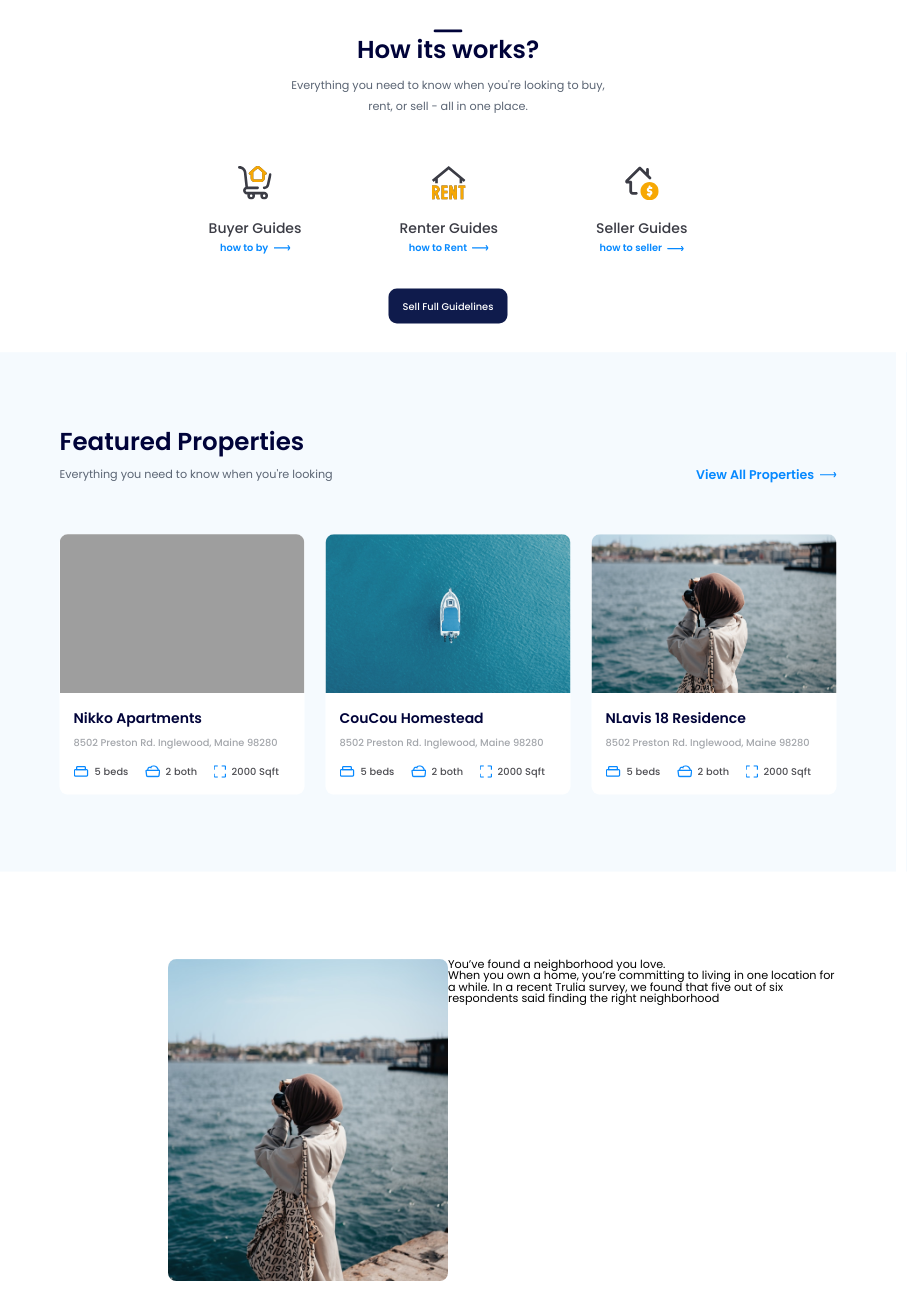
Repository: Kazuto-2004/f8-htmlcss-01
Page: index.html
The author's editor kept a copy of each file at every save. The page is drawn from the files as they stood at one save, then again after the next save.
The browser window is 1280 px wide. The page is 1295 px wide, so the pictures cover 1295 px, including what lies to the right of the window. The pictures show the part of the page from y = 1193 to 3073 px (the page is 3073 px tall), at 70% of full size.
Pictures or frames that could not be fetched are drawn as grey boxes.

Above is the page before, as saved 2023-07-15 09:17:12.

### index.html
<!DOCTYPE html>
<html lang="en">
    <head>
        <meta charset="UTF-8" />
        <meta name="viewport" content="width=device-width, initial-scale=1.0" />
        <title>F8 Project01</title>
        <link rel="stylesheet" href="./assets/css/reset.css" />
        <!-- Embed fonts -->
        <link rel="preconnect" href="https://fonts.googleapis.com" />
        <link rel="preconnect" href="https://fonts.gstatic.com" crossorigin />
        <link
            href="https://fonts.googleapis.com/css2?family=Lato:wght@700&display=swap"
            rel="stylesheet" />
        <link rel="stylesheet" href="./assets/fonts/stylesheet.css" />
        <!-- <style> style</style> -->
        <link rel="stylesheet" href="assets/css/styles.css" />
    </head>
    <body>
        <main style="height: 1000px">
            <!-- Header -->
            <header class="header">
                <div class="content">
                    <nav class="navbar">
                        <!-- Logo -->
                        <img src="./assets/img/Logo.svg" alt="Besnik." />
                        <!-- Navigation -->
                        <ul>
                            <li>
                                <a href="#!">Home</a>
                            </li>
                            <li>
                                <a href="#!">Features</a>
                            </li>
                            <li>
                                <a href="#!">Services</a>
                            </li>
                            <li>
                                <a href="#!">Resources</a>
                            </li>
                            <li>
                                <a href="#!">Contact</a>
                            </li>
                        </ul>
                        <!-- Action -->
                        <div class="action">
                            <a href="#!" class="action-link">Sign in</a>
                            <a href="#!" class="btn action-btn">Sign up</a>
                        </div>
                    </nav>
                    <div class="hero">
                        <div class="info">
                            <p class="sub-title">Welcome to Besnik Agency</p>
                            <h1 class="title">
                                Discover a place you'll love to live.
                            </h1>
                            <p class="desc">
                                Get the best real estate deals first, before
                                they hit the mass market! HOT FORECLOSURE DEALS
                                with one simple search.
                            </p>
                            <!-- call to action -->
                            <a href="#!" class="btn hero-cta">More About Us</a>
                        </div>

                        <img
                            src="./assets/img/hero-img.svg"
                            alt="Discover a place you'll love to live."
                            class="hero-img" />
                    </div>
                </div>
            </header>

            <!-- clients -->
            <div class="clients">
                <div class="content">
                    <div class="row">
                        <!-- logo -->
                        <img src="./assets/img/Logo.svg" alt="Besnik." />

                        <!-- star -->
                        <div class="star">
                            <img src="./assets/img/Star.svg" alt="" />
                        </div>
                    </div>
                    <div class="row row-desc">
                        <p class="desc">
                            More than 45,000+ companies trust besnik
                        </p>
                        <p class="desc">5 Star Ratings (2k+ Review)</p>
                    </div>
                    <div class="image">
                        <img src="./assets/img/meundies.svg" alt="me undies" />
                        <img src="./assets/img/slack.svg" alt="slack" />
                        <img src="./assets/img/amazon.svg" alt="amazon" />
                        <img
                            src="./assets/img/woocommerce.svg"
                            alt="woo commerce" />
                        <img src="./assets/img/sitepoint.svg" alt="sitepoint" />
                    </div>
                </div>
            </div>

            <!-- Guides -->
            <div class="guides">
                <div class="content">
                    <h2 class="sub-title">How its works?</h2>
                    <p class="desc">
                        Everything you need to know when you're looking to buy,
                        rent, or sell - all in one place.
                    </p>

                    <!--  list guide -->
                    <ul class="list-guide">
                        <li class="guide-item">
                            <img
                                src="./assets/img/Buyer.svg"
                                alt="Buyer"
                                class="icon" />
                            <h3 class="title">Buyer Guides</h3>
                            <a href="#!" class="link">
                                <span>how to by</span>
                                <img
                                    src="./assets/img/arow-right.svg"
                                    alt="arrow-right"
                                    class="arrow" />
                            </a>
                        </li>
                        <li class="guide-item">
                            <img
                                src="./assets/img/renter.svg"
                                alt="renter"
                                class="icon" />
                            <h3 class="title">Renter Guides</h3>
                            <a href="#!" class="link">
                                <span>how to Rent</span>
                                <img
                                    src="./assets/img/arow-right.svg"
                                    alt="arrow-right"
                                    class="arrow" />
                            </a>
                        </li>
                        <li class="guide-item">
                            <img
                                src="./assets/img/seller.svg"
                                alt="sellert"
                                class="icon" />
                            <h3 class="title">Seller Guides</h3>
                            <a href="#!" class="link">
                                <span>how to seller</span>
                                <img
                                    src="./assets/img/arow-right.svg"
                                    alt="arrow-right"
                                    class="arrow" />
                            </a>
                        </li>
                    </ul>

                    <div class="guide-cta">
                        <a href="#!" class="btn">Sell Full Guidelines</a>
                    </div>
                </div>
            </div>

            <!-- Featured -->
            <div class="featured">
                <div class="content">
                    <header>
                        <h2 class="sub-title">Featured Properties</h2>
                        <div class="row">
                            <p class="desc">
                                Everything you need to know when you're looking
                            </p>
                            <a href="#!" class="link"
                                ><span>View All Properties</span
                                ><img
                                    src="./assets/img/arow-right.svg"
                                    alt="arrow"
                                    class="arrow"
                            /></a>
                        </div>
                    </header>

                    <div class="list">
                        <!-- Featured 1 -->
                        <div class="item">
                            <a href="#!">
                                <img
                                    src="./assets/img/featured1.jpg"
                                    alt="Nikko Apartments"
                                    class="thumb" />
                            </a>
                            <div class="body">
                                <h3 class="title">
                                    <a href="#!" class="line-clamp">Nikko Apartments</a>
                                </h3>
                                <p class="desc line-clamp">
                                    8502 Preston Rd. Inglewood, Maine 98280
                                </p>
                                <div class="info">
                                    <img
                                        src="./assets/img/beds.svg"
                                        alt=""
                                        class="icon" />
                                    <span class="label">5 beds</span>

                                    <img
                                        src="./assets/img/both.svg"
                                        alt=""
                                        class="icon" />
                                    <span class="label">2 both</span>

                                    <img
                                        src="./assets/img/sqft.svg"
                                        alt=""
                                        class="icon" />
                                    <span class="label">2000 Sqft</span>
                                </div>
                            </div>
                        </div>

                        <!-- Featured 2 -->
                        <div class="item">
                            <a href="#!">
                                <img
                                    src="./assets/img/featured2.jpg"
                                    alt="CouCou Homestead"
                                    class="thumb" />
                            </a>
                            <div class="body">
                                <h3 class="title">
                                    <a href="#!" class="line-clamp">CouCou Homestead</a>
                                </h3>
                                <p class="desc line-clamp">
                                    8502 Preston Rd. Inglewood, Maine 98280
                                </p>
                                <div class="info">
                                    <img
                                        src="./assets/img/beds.svg"
                                        alt=""
                                        class="icon" />
                                    <span class="label">5 beds</span>

                                    <img
                                        src="./assets/img/both.svg"
                                        alt=""
                                        class="icon" />
                                    <span class="label">2 both</span>

                                    <img
                                        src="./assets/img/sqft.svg"
                                        alt=""
                                        class="icon" />
                                    <span class="label">2000 Sqft</span>
                                </div>
                            </div>
                        </div>

                        <!-- Featured 3 -->
                        <div class="item">
                            <a href="#!">
                                <img
                                    src="./assets/img/featured3.jpg"
                                    alt="Lavis 18 Residence"
                                    class="thumb" />
                            </a>
                            <div class="body">
                                <h3 class="title">
                                    <a href="#!" class="line-clamp">NLavis 18 Residence</a>
                                </h3>
                                <p class="desc line-clamp" >
                                    8502 Preston Rd. Inglewood, Maine 98280
                                </p>
                                <div class="info">
                                    <img
                                        src="./assets/img/beds.svg"
                                        alt=""
                                        class="icon" />
                                    <span class="label">5 beds</span>

                                    <img
                                        src="./assets/img/both.svg"
                                        alt=""
                                        class="icon" />
                                    <span class="label">2 both</span>

                                    <img
                                        src="./assets/img/sqft.svg"
                                        alt=""
                                        class="icon" />
                                    <span class="label">2000 Sqft</span>
                                </div>
                            </div>
                        </div>
                    </div>
                </div>
            </div>

            <!-- Stats -->
            <div class="stats">
                <div class="content">
                    <div class="row">
                        <div class="img-block">
                            <img src="./assets/img/starts.jpg" alt="You’ve found a neighborhood you love.">
                        </div>
                        <div class="info">
                            <h2 class="sub-title">You’ve found a neighborhood you love.</h2>
                            <p
                             class="desc">When you own a home, you’re committing to living in one location for a while. In a recent Trulia survey, we found that five out of six respondents said finding the right neighborhood
                            </p>
                        </div>
                    </div>
                </div>
            </div>
        </main>
    </body>
</html>

### assets/css/styles.css
* {
    box-sizing: border-box;
}

:root {
    --primary-color: #0f1b4c;
}
html {
    font-size: 62.5%;
}

body {
    font-size: 1.6rem;
    font-family: "Poppins", sans-serif;
}
/* Common */
a {
    text-decoration: none;
}
.content {
    width: 1110px;
    max-width: calc(100% - 48px);
    margin: auto;
}
.btn {
    display: inline-block;
    min-width: 98px;
    padding: 18px 16px;
    border-radius: 12px;
    background: var(--primary-color);
    color: #fff;
    font-size: 1.4rem;
    font-weight: 500;
    text-align: center;
}

.btn:hover {
    opacity: 0.9;
}

.line-clamp {
    display: -webkit-box;
    -webkit-line-clamp: var(--line-clamp, 2);
    -webkit-box-orient: vertical;
    overflow: hidden;
}
/* ==== Header ==== */
.header {
    background-color: #e6f0ff;
    height: 100vh;
    position: relative;
}

.navbar {
    display: flex;
    align-items: center;
    padding-top: 38px;
}

.navbar ul {
    display: flex;
    margin-left: 50px;
}

.navbar .action {
    margin-left: auto;
}

.navbar ul a {
    font-size: 1.4rem;
    font-weight: 500;
    color: #4f5361;
    padding: 8px 14px;
}

.navbar ul a:hover {
    text-decoration: underline;
}

.navbar .action-link {
    color: var(--primary-color);
    font-size: 1.4rem;
    font-weight: 500;
}

.navbar .action-btn {
    padding: 13px 16px;
    margin-left: 18px;
    border-radius: 8px;
}
/* ---hero--- */
.hero {
    margin-top: 130px;
}

.hero .info {
    width: 51%;
}

.hero .sub-title {
    color: #687690;
    font-size: 1.8rem;
    line-height: 1.5;
    letter-spacing: 0.01em;
}

.hero .title {
    margin-top: 8px;
    color: #000336;
    font-size: 6.2rem;
    font-weight: 700;
    line-height: 1.19;
}

.hero .desc {
    margin-top: 30px;
    color: #5a6473;
    font-size: 1.8rem;
    font-weight: 400;
    line-height: 1.78;
}

.hero-cta {
    min-width: 170px;
    margin-top: 40px;
}

.hero-img {
    position: absolute;
    right: calc((100vw - 1110px) / 2 - 100px);
    bottom: 0;
}

/*===== clients ======*/
.clients {
    margin-top: 79px;
    padding: 43px 64px 0px;
}

.clients .row {
    display: flex;
    justify-content: space-between;
}

.clients .desc {
    color: #7d8589;
    font-size: 1.6rem;
    font-weight: 500;
    line-height: 1.25;
}

.clients .row-desc {
    margin-top: 23px;
}

.clients .image {
    margin-top: 96px;
    display: flex;
    justify-content: space-between;
    align-items: center;
}

/*===== guides ======*/
.guides {
    margin-top: 200px;
}

.guides .sub-title {
    position: relative;
    color: #000339;
    text-align: center;
    font-size: 3.5rem;
    font-weight: 600;
    line-height: 1;
}

.guides .sub-title::before {
    position: absolute;
    top: -10px;
    left: 50%;
    transform: translate(-50%);
    content: "";
    display: inline-block;
    width: 41px;
    height: 4px;
    border-radius: 12px;
    background: #000339;
}

.guides .desc {
    width: 459px;
    max-width: 100%;
    color: #5a6473;
    text-align: center;
    font-size: 1.6rem;
    font-weight: 400;
    line-height: 1.88;
    margin: 20px auto 0;
}

.list-guide {
    margin-top: 70px;
    display: flex;
    justify-content: center;
}

.guide-item {
    margin: 0 70px;
    text-align: center;
}

.guide-item .title {
    margin-top: 26px;
    color: #3b3c45;
    font-size: 2rem;
    font-weight: 500;
    line-height: 1.1;
}

.guide-item .link {
    display: inline-block;
    color: #0689ff;
    font-size: 1.4rem;
    font-weight: 600;
    margin-top: 10px;
}

.guide-item .arrow {
    margin-left: 4px;
}

.guide-cta {
    display: flex;
    justify-content: center;
    margin-top: 50px;
}

.guide-cta .btn {
    min-width: 170px;
}

/*======== featured======= */
.featured {
    margin-top: 41px;
    background: #f5fafe;
    padding: 110px 0;
}

.featured .sub-title {
    font-size: 3.5rem;
    font-style: normal;
    font-weight: 600;
    line-height: 1;
    color: #000339;
}

.featured .row {
    display: flex;
    justify-content: space-between;
    margin-top: 15px;
}

.featured .desc {
    color: #5a6473;
    font-size: 1.6rem;
    font-weight: 400;
    line-height: 1.88;
}

.featured .link {
    display: flex;
    align-items: center;
    color: #0689ff;
    font-size: 1.8rem;
    font-weight: 600;
}

.featured .link .arrow {
    margin-left: 8px;
}

.featured .list {
    margin-top: 70px;
    gap: 30px;
    display: flex;
}

.featured .item {
    flex: 1;
    background-color: #fff;
    border-radius: 12px;
}

.featured .item .thumb {
    width: 100%;
    height: 227px;
    object-fit: cover;
    border-top-left-radius: 12px;
    border-top-right-radius: 12px;
}

.featured .item .body {
    padding: 17px 20px 24px;
}

.featured .item .title a{
    color: #000339;
    font-size: 2rem;
    font-weight: 600;
    line-height: 1.5;

}

.featured .item .desc {
    --line-clamp : 3;
    margin-top: 11px;
    color: #a3a6ab;
    font-size: 1.4rem;
    font-weight: 500;
    line-height: 1.5;
    word-wrap:break-words;
}

.featured .item .info {
    margin-top: 21px;
    display: flex;
    align-items: center;
}

.featured .item .icon {
    margin-left: 23px;
}

.featured .item .icon:first-child {
    margin-left: 0;
}
.featured .item .label {
    color: #4d4d52;
    margin-left: 8px;
    font-size: 1.4rem;
    font-weight: 500;
    letter-spacing: 0.01em;
}

/*===== stats===== */
.stats {
    margin-top: 75px;
    padding: 50px 0px;
}

.stats .row {
    display: flex;
}

.stats .img-block,
.stats .info  {
    width: 50%;
}

.stats .img-block img {
    display: block;
    margin-left: auto;
  width: 400px;
 height: 460px;
 border-radius: 12px;
  object-fit: cover;
}

Loaded but not shown: assets/css/reset.css (common file); assets/fonts/stylesheet.css (162 lines, source omitted)

After the next save:
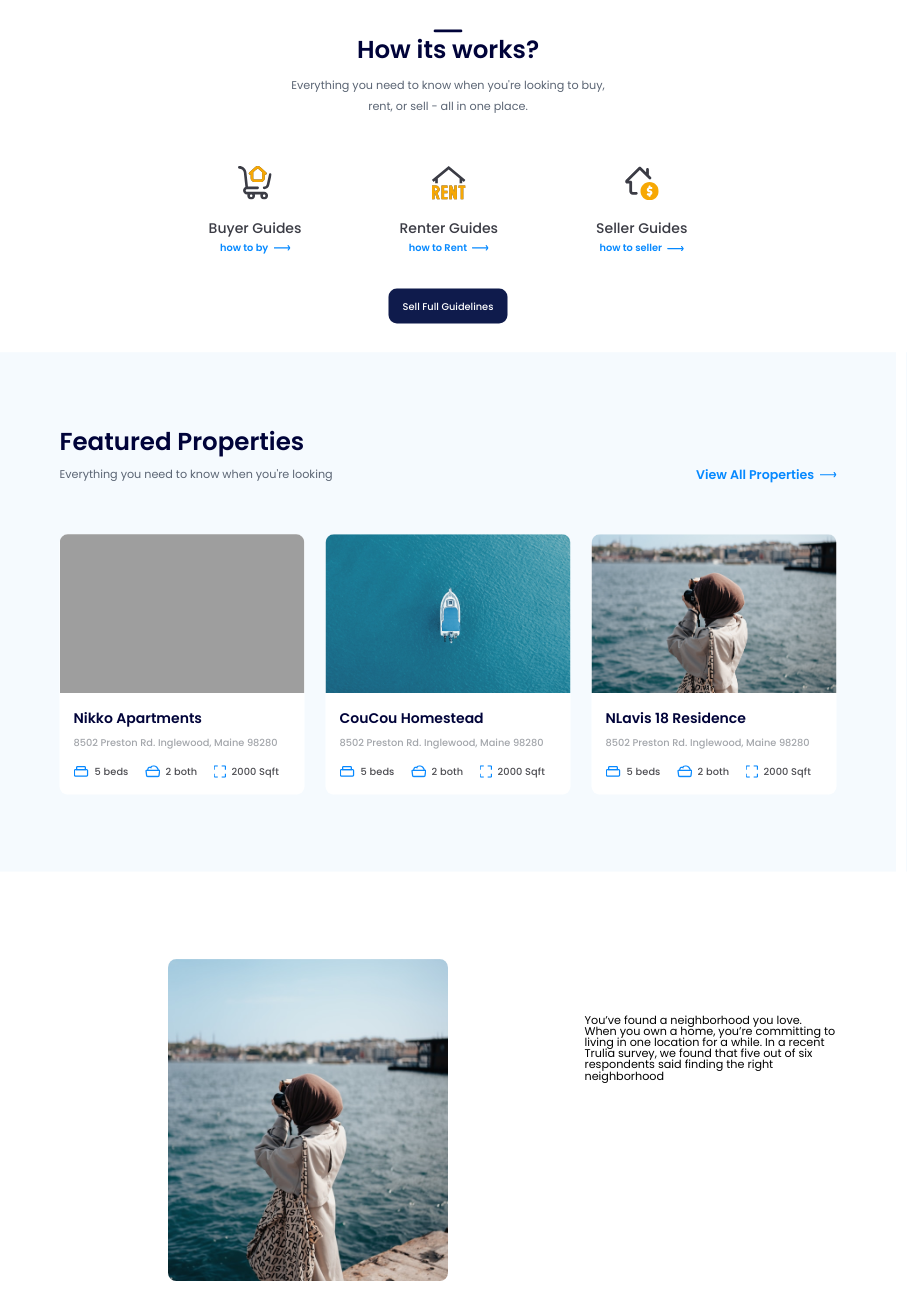
Saved 2 min 27 s later.
--- a/assets/css/styles.css
+++ b/assets/css/styles.css
@@ -357,6 +357,9 @@
     width: 50%;
 }
 
+.stats .info {
+    padding: 79px 0 0 195px;
+}
 .stats .img-block img {
     display: block;
     margin-left: auto;
